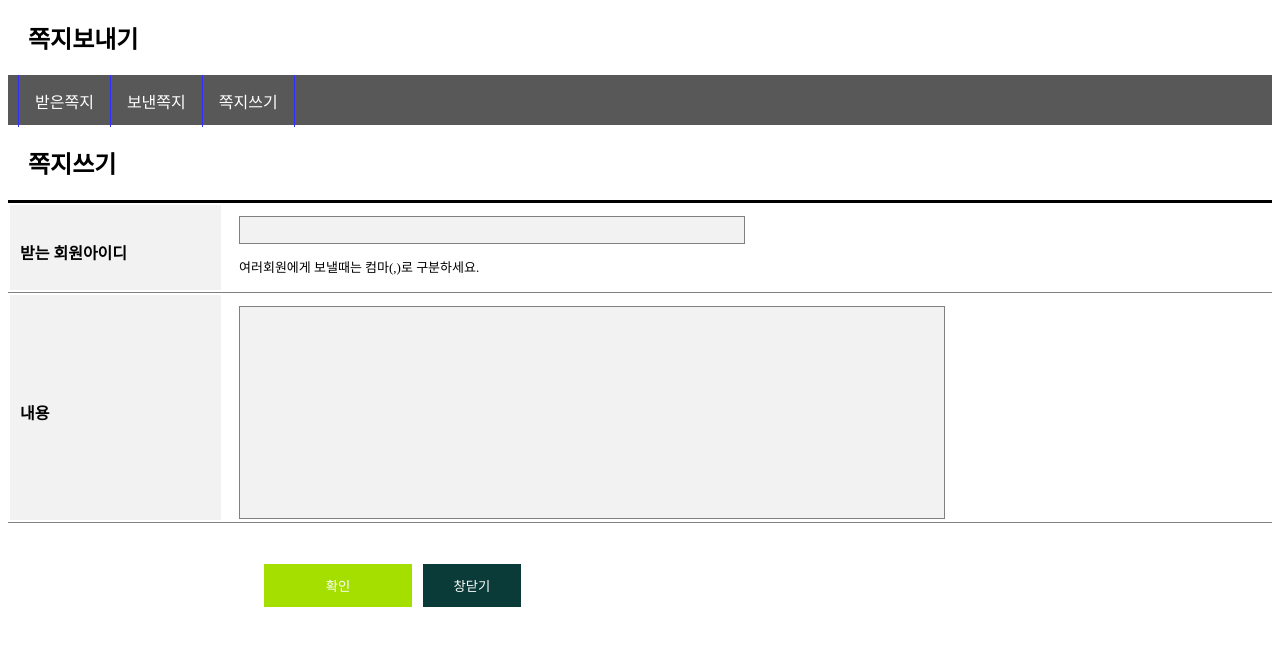
Repository: ks12b0000/JSP-School-Class
Page: chap10_JSP/src/main/webapp/Test/sendMessage.html
An editor plug-in stored every save of this project. The page is shown before and after the next save, followed by the edit.
The browser window is 1280 px wide. The pictures show the whole page.

Above is the page before, as saved 2022-06-04 11:54:43.

After the next save:
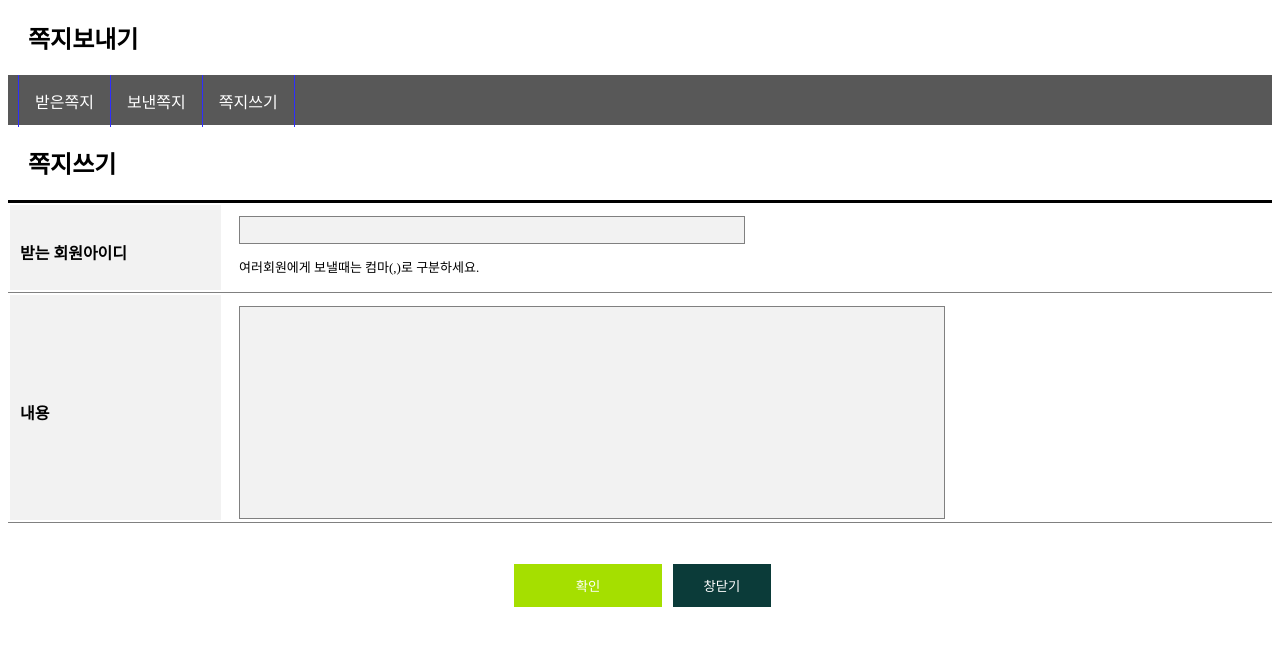
Saved 16 s later.
--- a/chap10_JSP/src/main/webapp/Test/loginWrite.css
+++ b/chap10_JSP/src/main/webapp/Test/loginWrite.css
@@ -284,7 +284,7 @@
 	}
 	.button12 {
 		margin-top: 40px;
-		margin-left: 250px;
+		text-align: center;
 	}
 	.button12 #Confirm12 {
 		margin-left: 5px;
